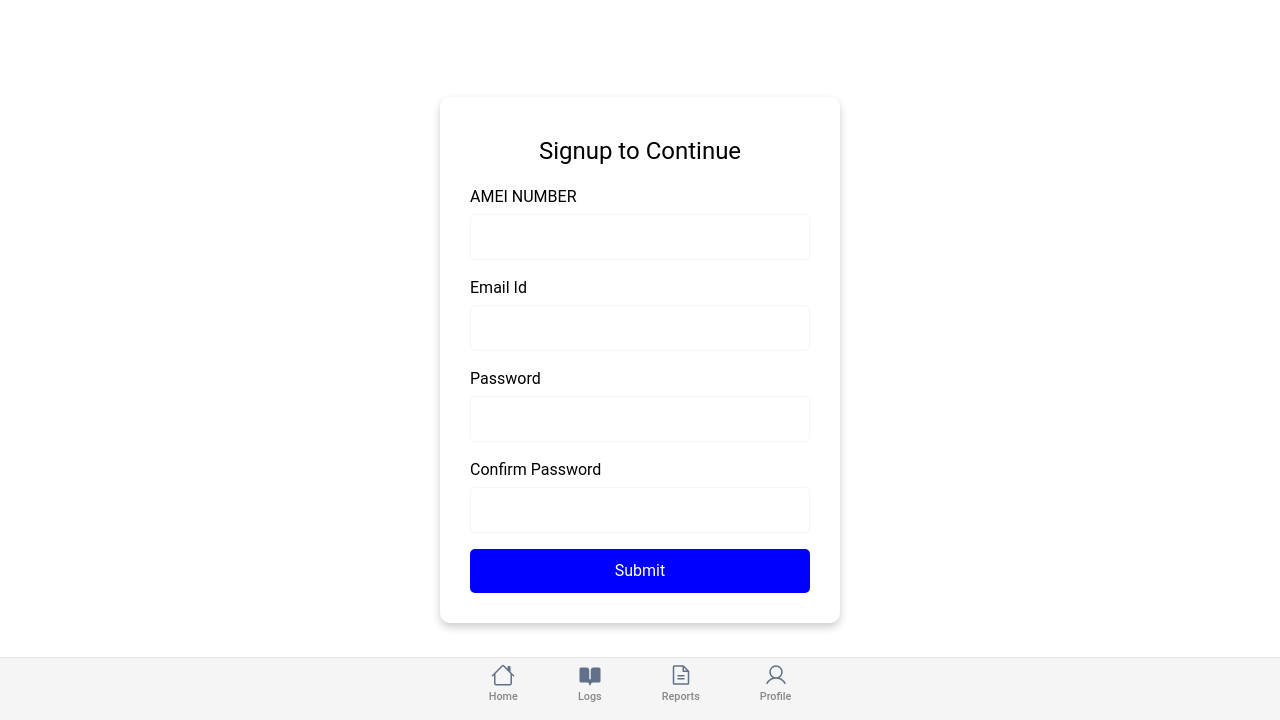
Repository: shash0708/GMR-Lines
Page: /signup (app in frontend/)
These files come from the project's save history. The page is drawn as it stood at one moment and after a run of saves; the edit follows.
The browser window is 1280 px wide. The pictures show the whole page.
The page's requests for data from a server got no answer. Some web libraries are served in a nearby version. The project was rebuilt for these pictures with package versions that can differ from the ones it lists, and the page was loaded fresh each time. No one was signed in, and anything a server would have sent is missing. Also part of the build but not shown: frontend/src/components/Home/Car.css, frontend/src/components/Home/Car.jsx, frontend/src/components/Home/Home.css, frontend/src/components/Home/Home.component.jsx, frontend/src/components/Form/Form.component.jsx, frontend/src/components/Profile/Profile.jsx, frontend/src/components/Card/Card.jsx, frontend/src/components/Card/Card.css and 10 more.

Above is the page before, as saved 2024-10-20 14:35:08.

After the next 2 saves:
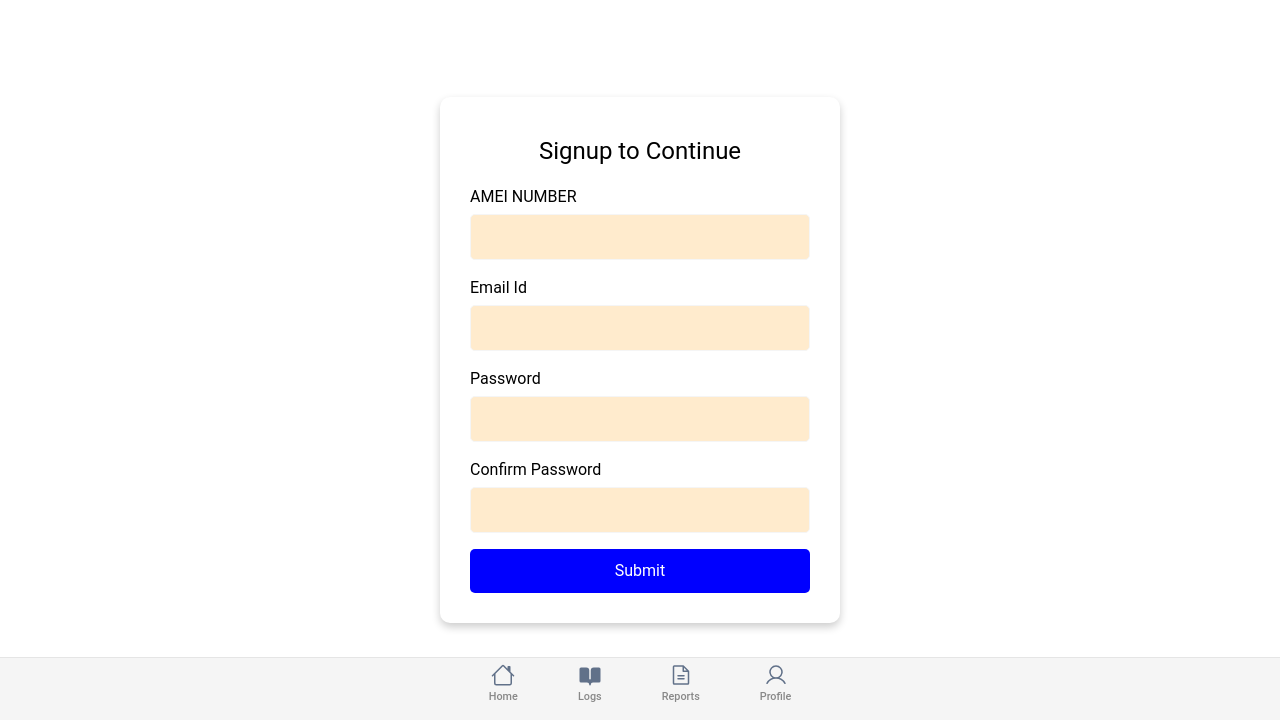
The 2 saves are shown as one change because they came seconds apart.
The last was saved 8 s later.
--- a/frontend/src/components/SignUp/Signup.component.jsx
+++ b/frontend/src/components/SignUp/Signup.component.jsx
@@ -31,7 +31,7 @@
 const StyledForm = styled.form`
   .form-control {
     margin-bottom: 15px;
-    background: ; /* Light transparent background for input */
+    background: blanchedalmond ; /* Light transparent background for input */
     color: black;
     border: 1px solid whitesmoke;
     border-radius: 5px;

After the 2 saves that followed:
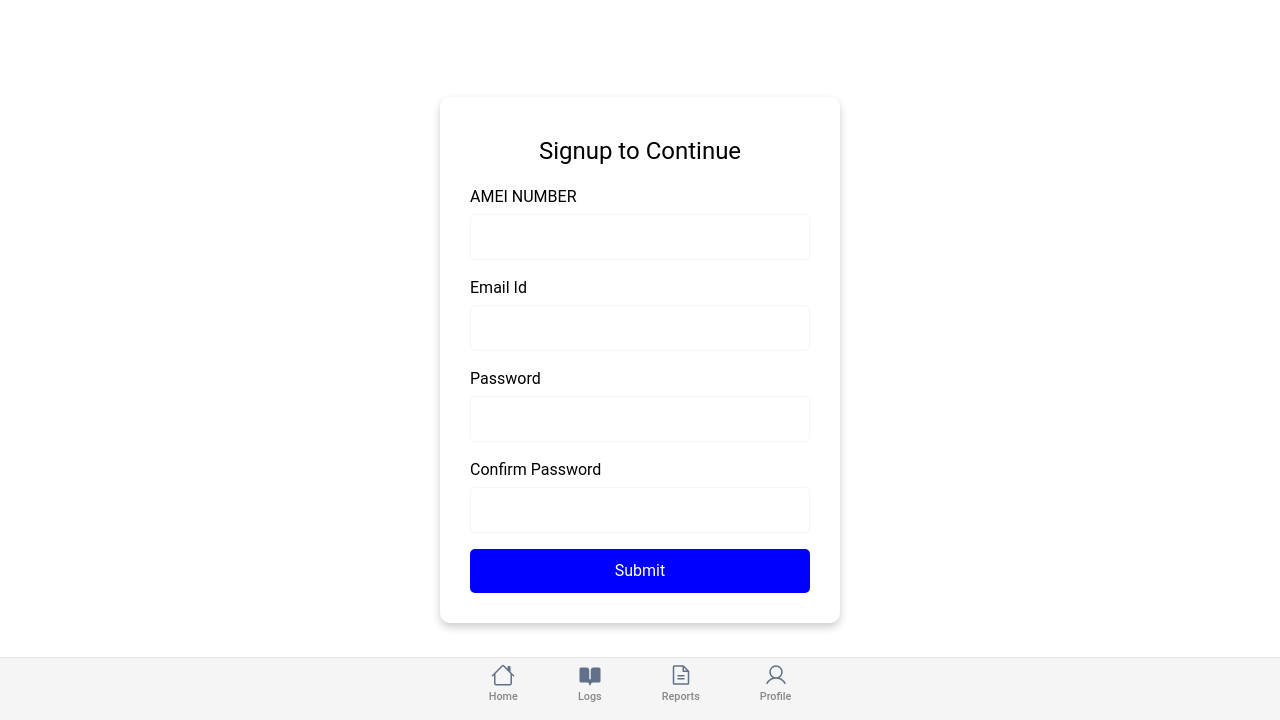
The 2 saves are shown as one change because they came seconds apart.
The last was saved 61 s later.
--- a/frontend/src/components/SignUp/Signup.component.jsx
+++ b/frontend/src/components/SignUp/Signup.component.jsx
@@ -31,7 +31,7 @@
 const StyledForm = styled.form`
   .form-control {
     margin-bottom: 15px;
-    background: blanchedalmond ; /* Light transparent background for input */
+    background: white ; /* Light transparent background for input */
     color: black;
     border: 1px solid whitesmoke;
     border-radius: 5px;
